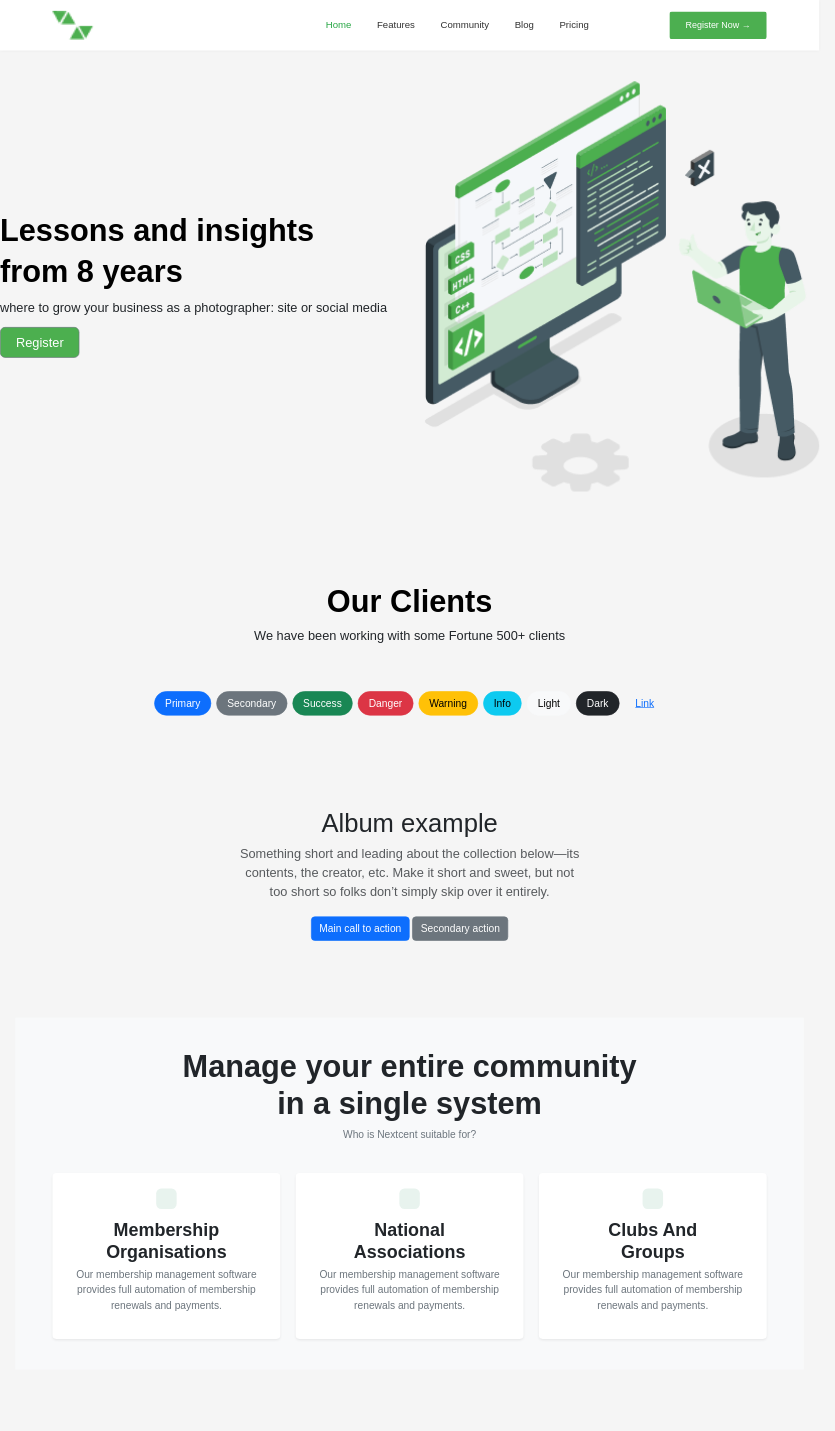
Repository: Laibaaa10/Bootstrap1
Page: index.html
These files come from the project's save history. The page is drawn as it stood at one moment and after the next save; the edit follows.
The browser window is 1280 px wide. The page is 1304 px wide, so the pictures cover 1304 px, including what lies to the right of the window. The pictures show the whole page, at 64% of full size.

Above is the page before, as saved 2026-06-18 00:33:08.

After the next save:
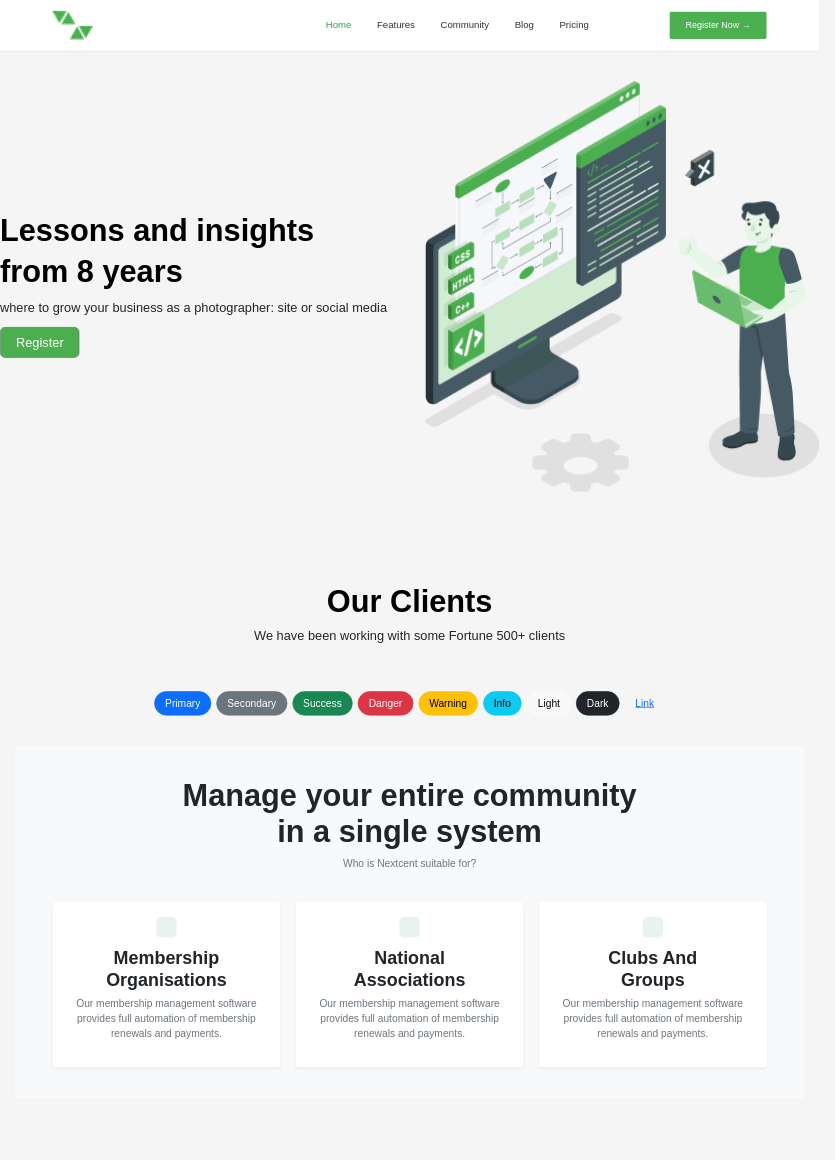
Saved 46 s later.
--- a/index.html
+++ b/index.html
@@ -82,18 +82,6 @@
                 type="button">Info</button> <button class="btn btn-light rounded-pill px-3" type="button">Light</button>
             <button class="btn btn-dark rounded-pill px-3" type="button">Dark</button> <button
                 class="btn btn-link rounded-pill px-3" type="button">Link</button> </div>
-
-                <section class="py-5 text-center container">
-                    <div class="row py-lg-5"> <div class="col-lg-6 col-md-8 mx-auto">
-                         <h1 class="fw-light">Album example</h1>
-                         <p class="lead text-body-secondary">Something short and leading about the collection below—its contents, the creator, etc. Make it short and sweet, but not too short so folks don’t simply skip over it entirely.</p>
-                          <p>
-                            <a href="#" class="btn btn-primary my-2">Main call to action</a>
-                            <a href="#" class="btn btn-secondary my-2">Secondary action</a>
-                        </p>
-                    </div>
-                </div>
-             </section>
 
 
              <section class="py-5 bg-light">
